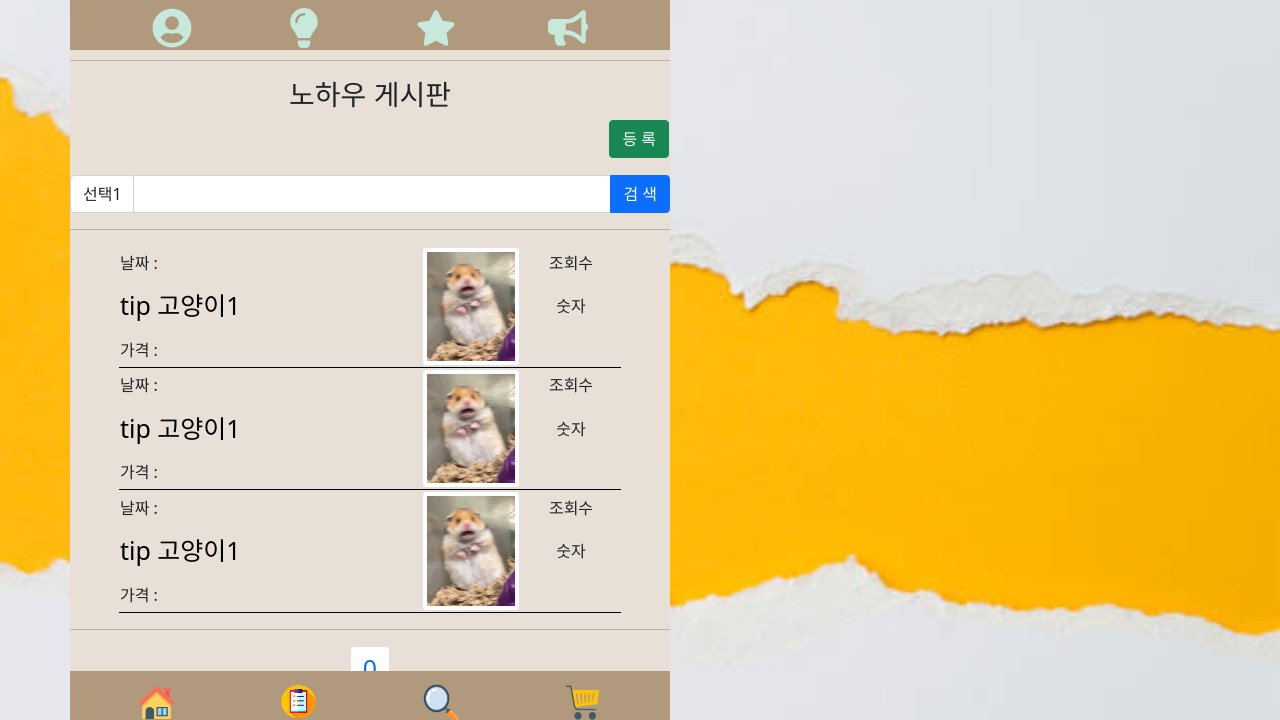
Repository: heegyu97/project
Page: http://localhost/0801_mvc2/WEB-INF/views/notice/notice.jsp
The author's editor kept a copy of each file at every save. The page is drawn from the files as they stood at one save, then again after the next save.
The browser window is 1280 px wide. The pictures show the whole page.
An inner scrolling area shows only its first screen. Some web libraries are served in a nearby version. The page is served by Tomcat 9. Nobody is signed in. Other server files are loaded and not shown. The template is opened directly, without the code that normally fills it, so the values that code supplies are empty.

Above is the page before, as saved 2022-08-11 05:51:05.

### 0720/0801_mvc2/src/main/webapp/WEB-INF/views/notice/notice.jsp
<%@ page language="java" contentType="text/html; charset=UTF-8"
    pageEncoding="UTF-8"%>
<%@ taglib uri="http://java.sun.com/jsp/jstl/core" prefix="c"%>
<!DOCTYPE html>
<html>
	<head>
		<meta charset="UTF-8">
		<title>냥냥라이프</title>
		<%@ include  file ="/WEB-INF/views/style_link.jsp" %>
		<style type="text/css">
		table{
			margin-left: auto;
			margin-right: auto;
			table-layout: fixed;
		}
		div.pname{
			width: 300px;
			white-space: nowrap;
		 	overflow: hidden;
 			text-overflow: ellipsis;
		}
		a{
			text-decoration : none;
			color: black;
			font-size: 25px;
		}

		</style>
	</head>
	<body>
	<%@ include file="/WEB-INF/views/header.jsp"%>


	<hr>

		<table>
			<col class="w-25">



			<tbody >
				<tr>
					<td class="text-center">
						<h3>노하우 게시판</h3>
						<a href="${pageContext.request.contextPath}/tip/tipwriteform">
							<button  class="btn btn-success float-right mb-3">등 록</button>
						</a>
					</td>

				</tr>
			</tbody>
		</table>


		<form action="${pageContext.request.contextPath}/product/list" method="get">
			<div class="input-group">
				<div class="input-group-prepend">
					<select class="form-control" id="searchOption" name="searchOption">
						<option value="prdt_name"
							<c:if test="${search_dto.searchOption == 'prdt_name'}">selected="selected"</c:if>
						> 선택1 </option>
						<option value="mid"
							<c:if test="${search_dto.searchOption == 'mid'}">selected="selected"</c:if>
						> 선택2 </option>
					</select>
				</div>
				<input type="text" class="form-control" id="searchWord" name="searchWord"
						value="${search_dto.searchWord}">
				<div class="input-group-append">
					<button type="submit" class="btn btn-primary"> 검 색 </button>
				</div>
			</div>
		</form>


		<hr>


		<table>

			<tbody>
					<c:forEach  begin="1" end="3">
						<tr>
							<td width="300px" >날짜 :  </td>
							<td width="100px" rowspan="3">
								<a href="${pageContext.request.contextPath}/guest/detail">
								<img src="${pageContext.request.contextPath}/resources/img/bg.jpeg" class="img-thumbnail ">
								</a>
							</td>
							<td width="100px" style="text-align: center">조회수</td>
						</tr>
						<tr>

							<td width="300px">
								<div class="pname">
								<a href="${pageContext.request.contextPath}/tip/tipdetail?tip_no=${dto.tip_no}">
									tip 고양이1
								</a>
								</div>
							</td>
							<td style="text-align: center">숫자</td>
						</tr>
						<tr style="border-bottom: 1px solid black"><td width="300px" >가격 : </td></tr>
					</c:forEach>

			</tbody>
		</table>

		<hr>
		<%-- 페이징 --%>
		<ul class="pagination">
			<c:if test="${startPageNum > 10}">
				<li class="page-item mx-auto">
					<a class="page-link"
						href="${pageContext.request.contextPath}/product/list?userWantPage=${startPageNum-1}&searchOption=${search_dto.searchOption}&searchWord=${search_dto.searchWord}">
						Previous
					</a>
				</li>
			</c:if>
			<c:forEach var="page_no" begin="${startPageNum}" end="${endPageNum}">
				<c:choose>
					<c:when test="${page_no == userWantPage}">
						<li class="page-item active mx-auto">
							<a class="page-link">${page_no}</a>
						</li>
					</c:when>
					<c:otherwise>
						<li class="page-item mx-auto">
							<a class="page-link"
								href="${pageContext.request.contextPath}/product/list?userWantPage=${page_no}&searchOption=${search_dto.searchOption}&searchWord=${search_dto.searchWord}">
								${page_no}
							</a>
						</li>
					</c:otherwise>
				</c:choose>
			</c:forEach>
			<c:if test="${lastPageNum > endPageNum}">
				<li class="page-item mx-auto">
					<a class="page-link"
						href="${pageContext.request.contextPath}/product/list?userWantPage=${endPageNum+1}&searchOption=${search_dto.searchOption}&searchWord=${search_dto.searchWord}">
						Next
					</a>
				</li>
			</c:if>
		</ul>
		<hr>

		<%@ include file="/WEB-INF/views/footer.jsp"%>
	</body>
</html>

### 0720/0801_mvc2/src/main/webapp/WEB-INF/views/style_link.jsp
<%@ page language="java" contentType="text/html; charset=UTF-8"
    pageEncoding="UTF-8"%>
<%@ taglib uri="http://java.sun.com/jsp/jstl/core" prefix="c" %>

<script
	src="https://ajax.googleapis.com/ajax/libs/jquery/3.6.0/jquery.min.js"></script>
<link rel="stylesheet"
	href="https://cdn.jsdelivr.net/npm/bootstrap@4.6.1/dist/css/bootstrap.min.css">
<script
	src="https://cdn.jsdelivr.net/npm/popper.js@1.16.1/dist/umd/popper.min.js"></script>
<script
	src="https://cdn.jsdelivr.net/npm/bootstrap@4.6.1/dist/js/bootstrap.bundle.min.js"></script>

<!-- CKEDITOR -->
<script src="//cdn.ckeditor.com/4.19.0/full/ckeditor.js"></script>

<!-- bootstrap to icon -->
<script defer
	src="https://use.fontawesome.com/releases/v5.0.8/js/solid.js"
	integrity="sha384-+Ga2s7YBbhOD6nie0DzrZpJes+b2K1xkpKxTFFcx59QmVPaSA8c7pycsNaFwUK6l"
	crossorigin="anonymous"></script>
<script defer
	src="https://use.fontawesome.com/releases/v5.0.8/js/fontawesome.js"
	integrity="sha384-7ox8Q2yzO/uWircfojVuCQOZl+ZZBg2D2J5nkpLqzH1HY0C1dHlTKIbpRz/LG23c"
	crossorigin="anonymous"></script>
<link
	href="https://cdn.jsdelivr.net/npm/bootstrap@5.0.2/dist/css/bootstrap.min.css"
	rel="stylesheet"
	integrity="sha384-EVSTQN3/azprG1Anm3QDgpJLIm9Nao0Yz1ztcQTwFspd3yD65VohhpuuCOmLASjC"
	crossorigin="anonymous">
<!-- main 기준 공용 -->
<link rel="stylesheet"
	href= "${pageContext.request.contextPath}/resources/E1I3/CSS/style_share.css">
<!-- nav 버튼 사이 거리 조정 -->
<link rel="stylesheet"
	href="${pageContext.request.contextPath}/resources/E1I3/CSS/style_hf.css">

### 0720/0801_mvc2/src/main/webapp/WEB-INF/views/header.jsp
<%@ page language="java" contentType="text/html; charset=UTF-8"
	pageEncoding="UTF-8"%>
<%@ taglib uri="http://java.sun.com/jsp/jstl/core" prefix="c"%>
<div class="container">
	<div class="row">
		<div id="aaa" class="col-lg-6 ">
			<iframe id="bbb" name="adver-frame"
				src="${pageContext.request.contextPath}/adver"></iframe>
		</div>


		<!-- 화면 나누기 :home 화면 오른쪽 : iframe to main -->
		<div id="ccc" class="col-lg-6">
			<!-- footer col6 -->
			<div class="nav">
				<!-- MENU -->
				<section class="servics">
					<div class="icons">
						<div class="child icon1">
							<a class="nav-link" href="${pageContext.request.contextPath}/home">
								<i class="fa fa-user-circle" style="width:40px; height:40px; color: #C6E9DC" ></i>
							</a>
						</div>

						<div class="child icon2">
							<a class="nav-link" href="${pageContext.request.contextPath}/tip/tip">
								<i class="fa fa-lightbulb" style="width:40px; height:40px; color: #C6E9DC" ></i>
							</a>
						</div>
						<div class="child icon3">
							<a class="nav-link" href="${pageContext.request.contextPath}/ddd">
								<i class="fa fa-star" style="width:40px; height:40px; color: #C6E9DC" ></i>
							</a>
						</div>
						<div class="child icon4">
							<a class="nav-link"
								href="${pageContext.request.contextPath}/home"> <i
								class="fa fa-bullhorn" style="width:40px; height:40px; color: #C6E9DC" ></i>
							</a>
						</div>
					</div>
				</section>

			</div>
			<main>
				<!-- 여백 -->
				<h3 style="margin-bottom: 60px"></h3>

### 0720/0801_mvc2/src/main/webapp/WEB-INF/views/footer.jsp
<%@ page language="java" contentType="text/html; charset=UTF-8"
	pageEncoding="UTF-8"%>
	<h3 style="margin-top: 120px"></h3>
</main>
<div class="nav" style="bottom: -1px;">
	<!-- MENU -->
	<section class="servics">
		<div class="icons">
			<c:choose>
				<c:when test="${login_info.m_type eq 'manager'}">
					<div class="child icon4">
						<!-- 경로만 변경 - 판매자 home/main -->
						<a class="nav-link" href="${pageContext.request.contextPath}/manager/managerMain">
							<img src = "${pageContext.request.contextPath}/resources/img/i_cart.png" style="width:50px; height:50px;" >
						</a>
					</div>
				</c:when>

				<c:when test="${login_info.m_type eq 'seller' }">
					<div class="child icon4">
						<!-- 경로만 변경 - 판매자 home/main -->
						<a class="nav-link" href="${pageContext.request.contextPath}/seller/sellerMain">
							<img src = "${pageContext.request.contextPath}/resources/img/i_cart.png" style="width:50px; height:50px;" >
						</a>
					</div>
				</c:when>
				<c:otherwise>
					<div class="child icon1">
							<a class="nav-link" href="${pageContext.request.contextPath}/home">
								<img src = "${pageContext.request.contextPath}/resources/img/i_home.png" style="width:50px; height:50px;" >
							</a>
						</div>
						<div class="child icon2">
							<a class="nav-link" href="${pageContext.request.contextPath}/guest/KategorieList">
								<img src = "${pageContext.request.contextPath}/resources/img/i_list.png" style="width:50px; height:50px;" >
							</a>
						</div>
						<div class="child icon3">
							<a class="nav-link" href="${pageContext.request.contextPath}/guest/productList">
								<img src = "${pageContext.request.contextPath}/resources/img/i_search.png" style="width:50px; height:50px;" >
							</a>
						</div>
						<div class="child icon4">
						<c:choose>
							<c:when test="${login_info.m_type eq 'guest'}">
							<a class="nav-link" href="${pageContext.request.contextPath}/basket/basketlist">
							</c:when>
							<c:otherwise>
							<a class="nav-link" href="${pageContext.request.contextPath}/home">
							</c:otherwise>
						</c:choose>
								<img src = "${pageContext.request.contextPath}/resources/img/i_cart.png" style="width:50px; height:50px;" >
							</a>
						</div>
				</c:otherwise>
			</c:choose>
		</div>
	</section>

</div>
</div>
<!-- col6 -->
</div>
<!-- row  -->
</div>
<!-- contain  -->

### 0720/0801_mvc2/src/main/webapp/resources/E1I3/CSS/style_share.css
@charset "UTF-8";

.servics{
   width: 100%;
   text-align: center;
}
.icons{
	display: flex;
	justify-content: center;
}
.child{
	text-align: center;
}

body{
 	background-image: url('http://localhost:8081/ictedu/resources/img/back.jpg');
	background-repeat: no-repeat;
 	background-position: center;
	background-size: cover;
}

main{
	width : 600px;
}

.nav{
		display : inline-block;
		width : 600px;
		height : 50px;
		z-index: 2;
		background-color: #B1997D;
		position: fixed;
}



#adver-frame {width : 100%;height : 100%}
	@media only screen and (max-width : 1400px ){
	#aaa{
		display: none;
	}

}


#ccc{
	display : inline-block;
  	height: 100vh;
  	background-color : #E8E0D6;
}

::-webkit-scrollbar {
	display: none;
}


#bbb,#ccc {

  	padding: 0px;
  	margin: 0px;
 	overflow: auto;
	width: 600px;
	min-width: 600px;
}
#bbb {
	list-style-type: none;
  	height: 100%;
 	position: fixed;
}

### 0720/0801_mvc2/src/main/webapp/resources/E1I3/CSS/style_hf.css
@charset "UTF-8";

.icon1, .icon2, .icon3{
	margin-right: 10%;
}

After the next save:
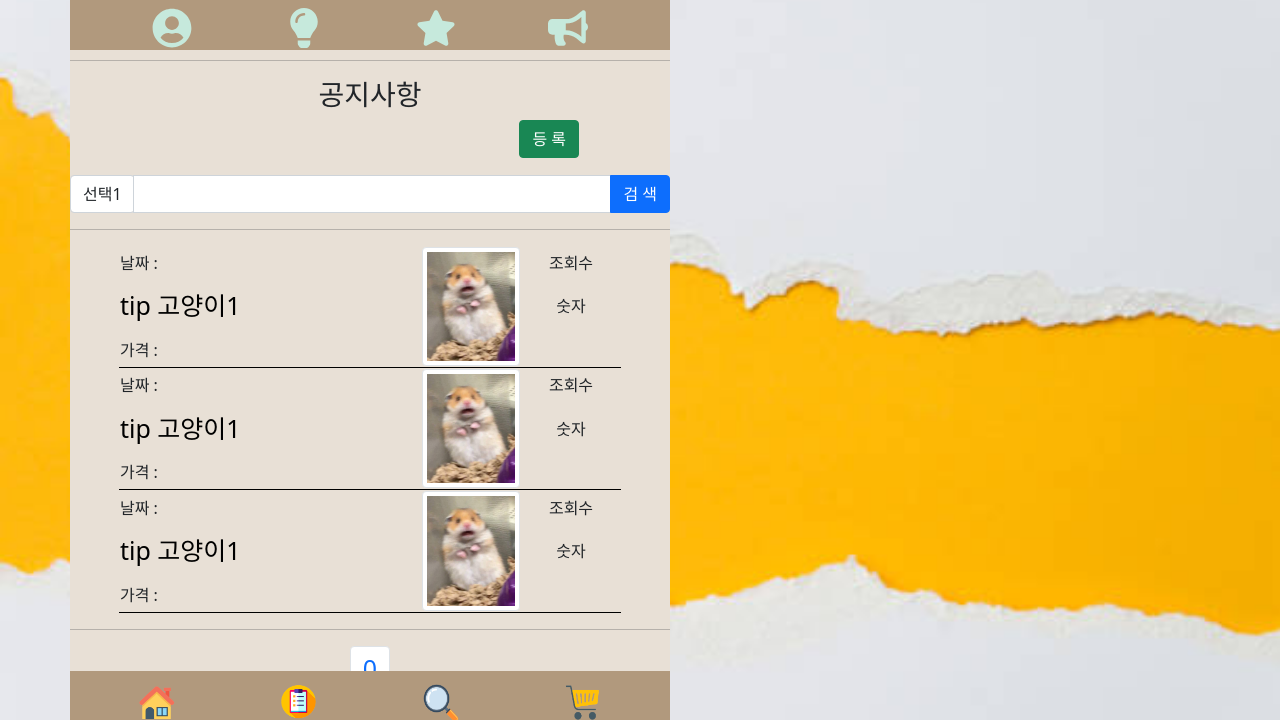
Saved 33 s later.
--- a/0720/0801_mvc2/src/main/webapp/WEB-INF/views/notice/notice.jsp
+++ b/0720/0801_mvc2/src/main/webapp/WEB-INF/views/notice/notice.jsp
@@ -41,7 +41,7 @@
 			<tbody >
 				<tr>
 					<td class="text-center">
-						<h3>노하우 게시판</h3>
+						<h3> 공지사항 </h3>
 						<a href="${pageContext.request.contextPath}/tip/tipwriteform">
 							<button  class="btn btn-success float-right mb-3">등 록</button>
 						</a>
